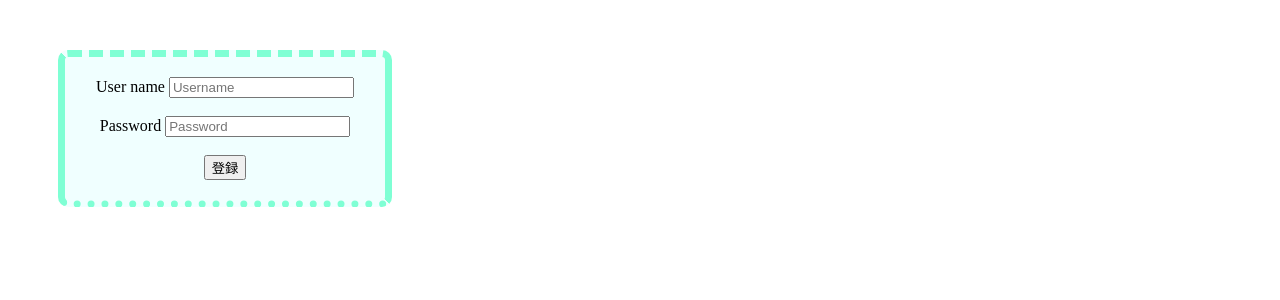
Repository: Jutta197/frontend726
Page: css_ex/login/login.html
An editor plug-in stored every save of this project. The page is shown before and after the next save, followed by the edit.
The browser window is 1280 px wide. The pictures show the whole page.

Above is the page before, as saved 2023-07-31 09:03:19.

After the next save:
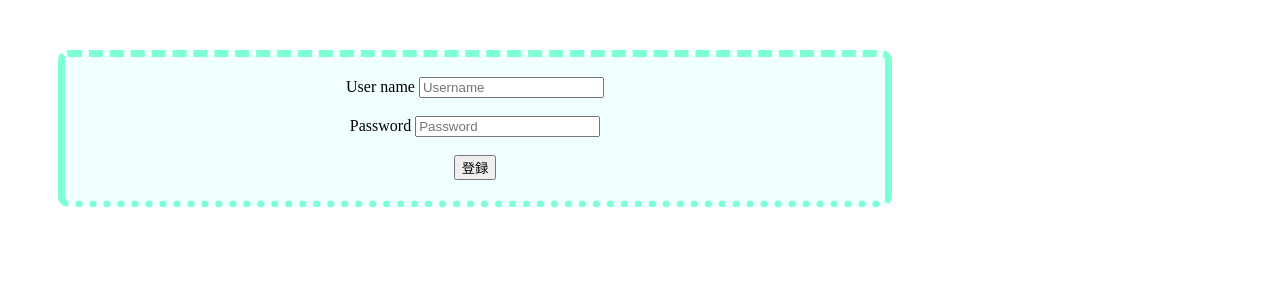
Saved 16 s later.
--- a/css_ex/login/style.css
+++ b/css_ex/login/style.css
@@ -7,5 +7,5 @@ div {
     padding: 20px 10px;
     background-color: azure;
     margin: 50px 50px;
-    width: 300px;
+    width: 800px;
 }
